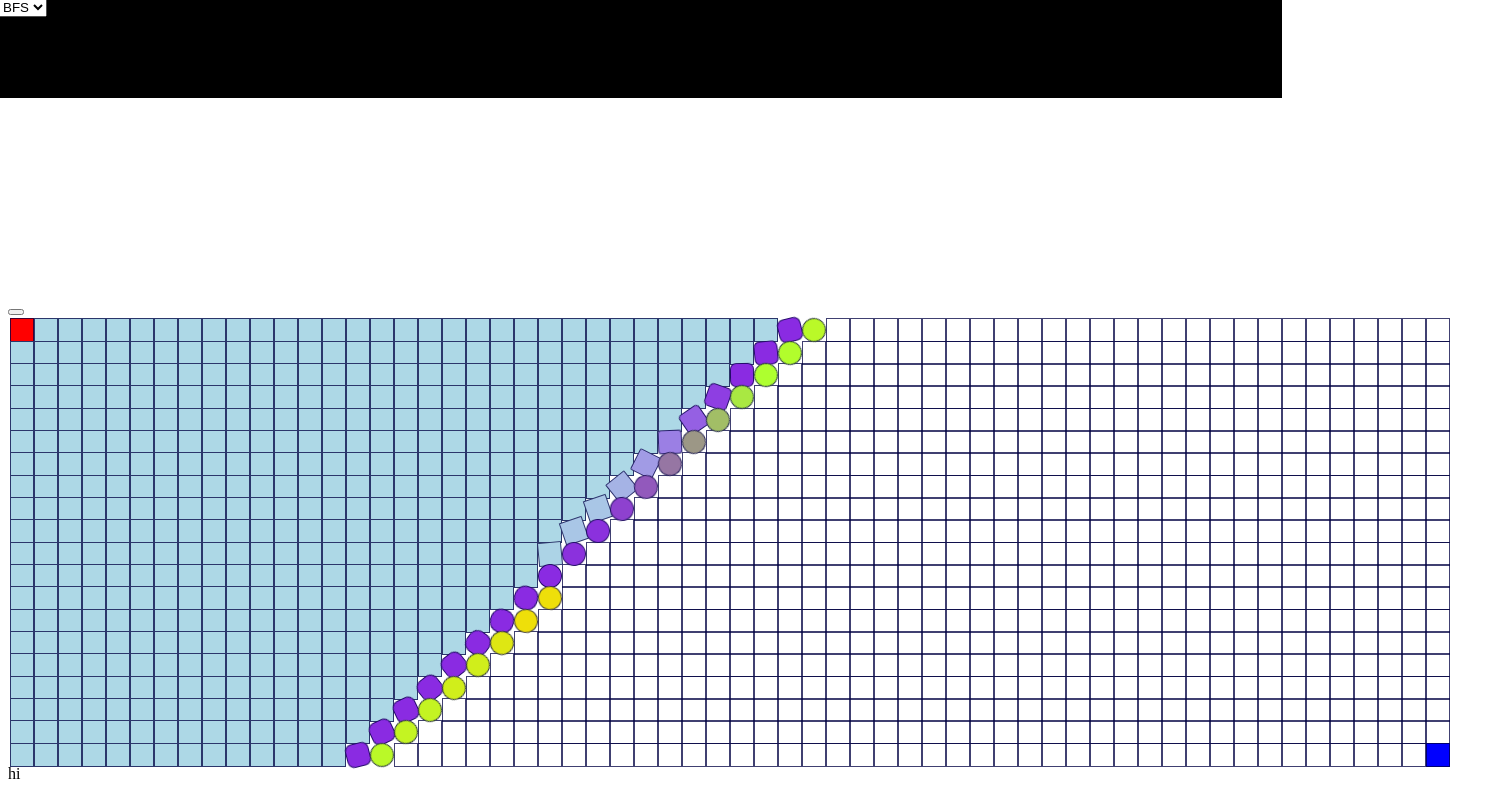
Repository: NikhilJohny/Pathfinding---ReactJS
Page: /, after clicking the first element matching `button`
The author's editor kept a copy of each file at every save. The page is drawn from the files as they stood at one save, then again after the next save.
The browser window is 1280 px wide. The page is 1508 px wide, so the pictures cover 1508 px, including what lies to the right of the window. The pictures show the whole page.
The project was rebuilt for these pictures with package versions that can differ from the ones it lists, and the page was loaded fresh each time.

Above is the page before, as saved 2021-05-11 11:02:38.

After the next save:
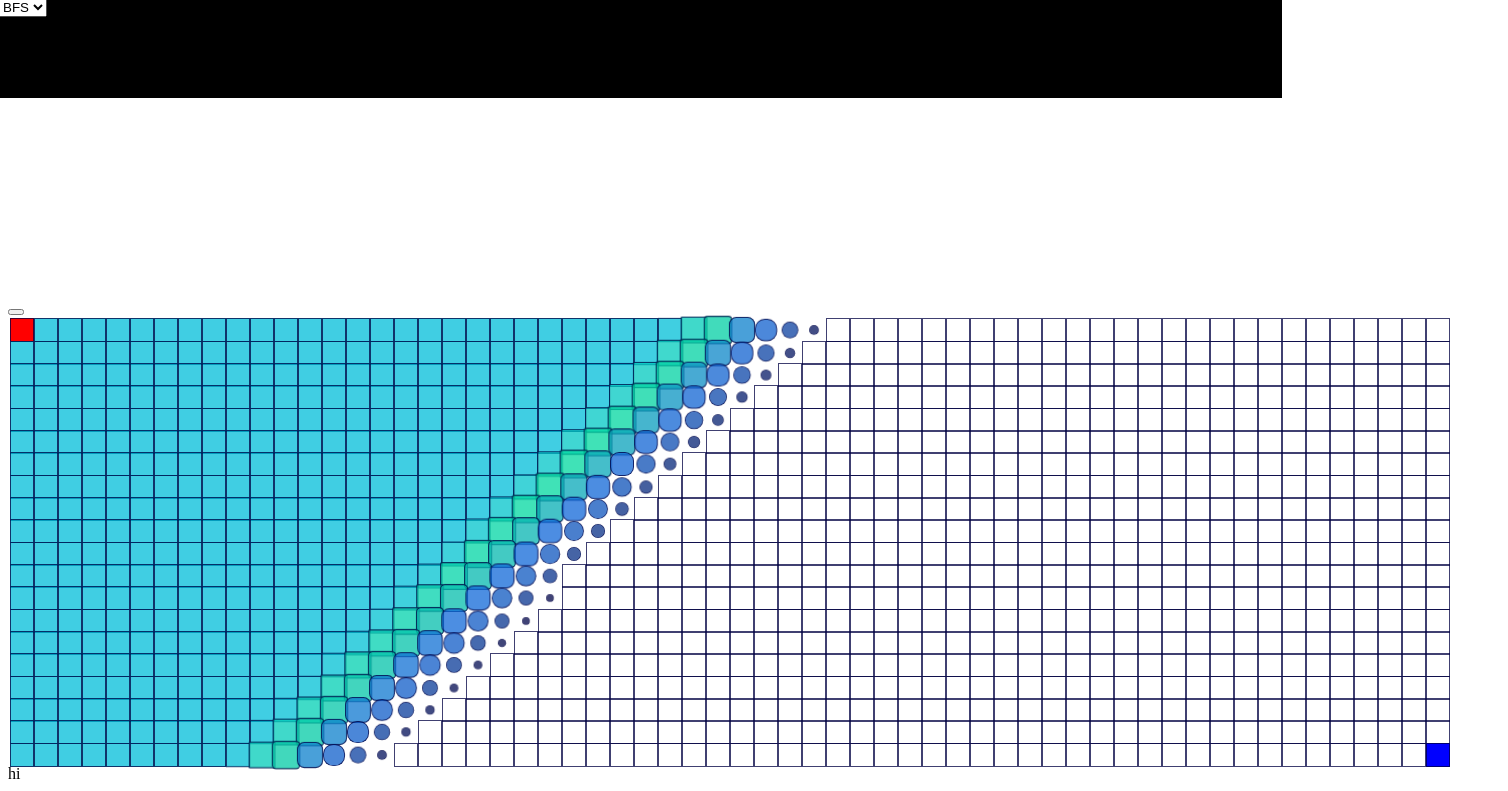
Saved 69 s later.
--- a/src/Node.css
+++ b/src/Node.css
@@ -60,8 +60,8 @@
     }
 
     .node-visited {
-        animation: square-to-circle 0.5s infinite cubic-bezier(1, .015, .295, 1.225) alternate;
-        /* animation-name: visitedAnimation1; */
+        animation-name: visitedAnimation1;
+        animation-duration: 1.5s;
         animation-timing-function: ease-out;
         animation-delay: 0;
         animation-direction: alternate;
@@ -70,30 +70,22 @@
         animation-play-state: running;
     }
 
-    @keyframes square-to-circle {
+    @keyframes visitedAnimation1 {
         0% {
-            border-radius: 100% 100% 100% 100%;
-            background: gold;
-            transform: rotate(0deg);
-        }
-        25% {
-            border-radius: 75% 75% 75% 75%;
-            background: greenyellow;
-            transform: rotate(45deg);
+            transform: scale(0.3);
+            background-color: rgba(0, 0, 66, 0.75);
+            border-radius: 100%;
         }
         50% {
-            border-radius: 50% 50% 50% 50%;
-            background: blueviolet;
-            transform: rotate(90deg);
+            background-color: rgba(17, 104, 217, 0.75);
         }
         75% {
-            border-radius: 25% 25% 25% 25%;
-            background: blueviolet;
-            transform: rotate(180deg);
+            transform: scale(1.2);
+            background-color: rgba(0, 217, 159, 0.75);
         }
         100% {
-            background: lightblue;
-            transform: rotate(360deg);
+            transform: scale(1);
+            background-color: rgba(0, 190, 218, 0.75);
         }
     }
     /* @keyframes visitedAnimation1 {
